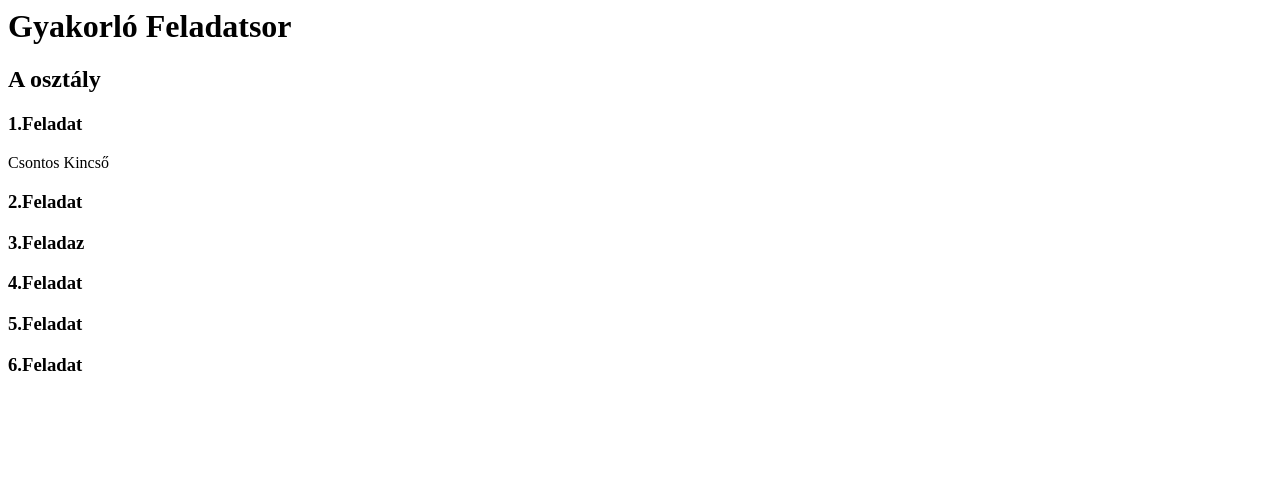
Repository: doomhyena/htdocs
Page: http://localhost/00.Home/4. Gyakorló feladatsor A osztály.php
The author's editor kept a copy of each file at every save. The page is drawn from the files as they stood at one save, then again after the next save.
The browser window is 1280 px wide. The pictures show the whole page.
The page is run by PHP 8.4 with error messages shown; the project is at /var/www/html/.

Above is the page before, as saved 2024-09-25 12:17:08.

### 00.Home/4. Gyakorló feladatsor A osztály.php
<?php

echo "<h1>Gyakorló Feladatsor</h1>";
echo "<h2>A osztály</h2>";

echo "<h3>1.Feladat</h3>";

echo "Csontos Kincső";

// ----------------------------------------------------------------------

echo "<h3>2.Feladat</h3>";

$s = 2;
$b = 4;
$c = 8;
$d = 3;

echo "";

// ----------------------------------------------------------------------

echo "<h3>3.Feladaz</h3>";



echo "<h3>4.Feladat</h3>";



echo "<h3>5.Feladat</h3>";



echo "<h3>6.Feladat</h3>";

After the next save:
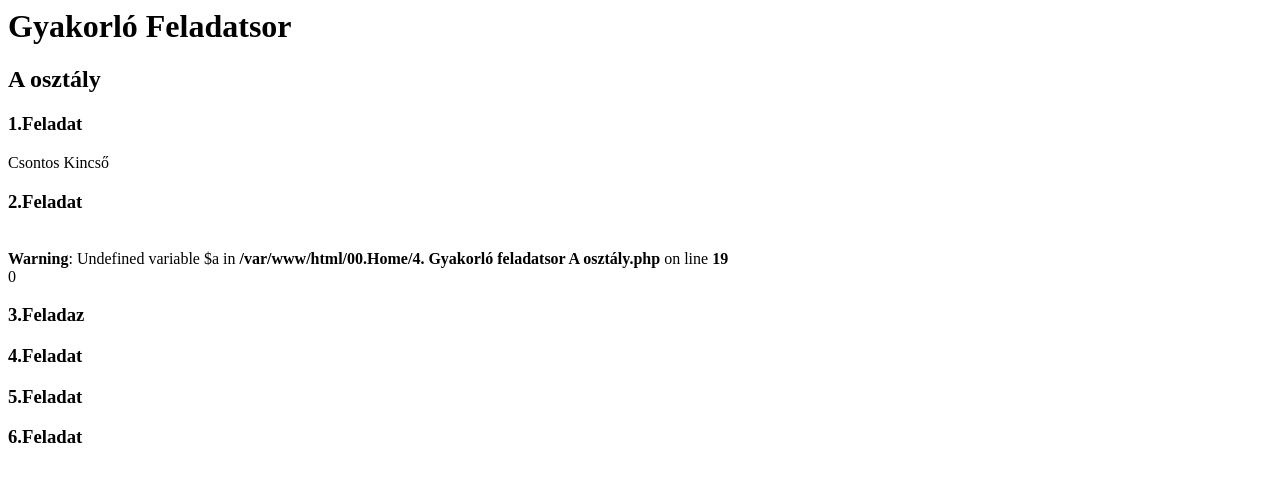
Saved 21 h 53 min later.
--- a/00.Home/4. Gyakorló feladatsor A osztály.php
+++ b/00.Home/4. Gyakorló feladatsor A osztály.php
@@ -16,7 +16,7 @@ $b = 4;
 $c = 8;
 $d = 3;
 
-echo "";
+echo $a * $b;
 
 // ----------------------------------------------------------------------
 
